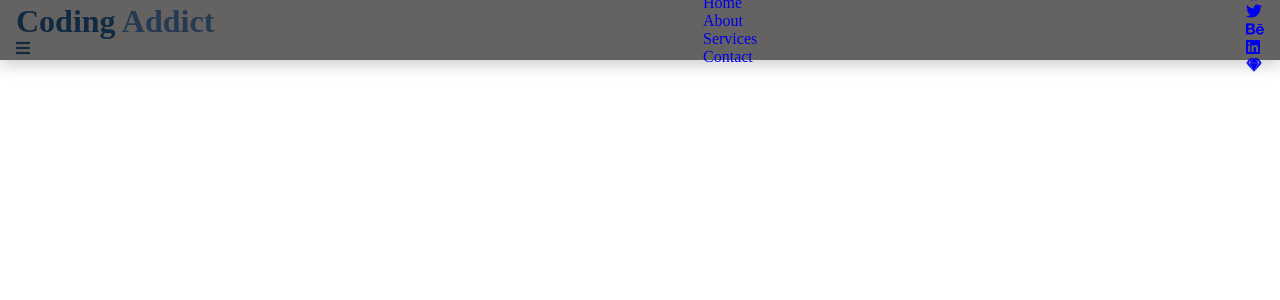
Repository: OmniaRafat232111121/projects-js
Page: modal/index.html
The author's editor kept a copy of each file at every save. The page is drawn from the files as they stood at one save, then again after the next save.
The browser window is 1280 px wide. The pictures show the whole page.
Some web libraries are served in a nearby version.

Above is the page before, as saved 2023-01-01 01:27:05.

After the next save:
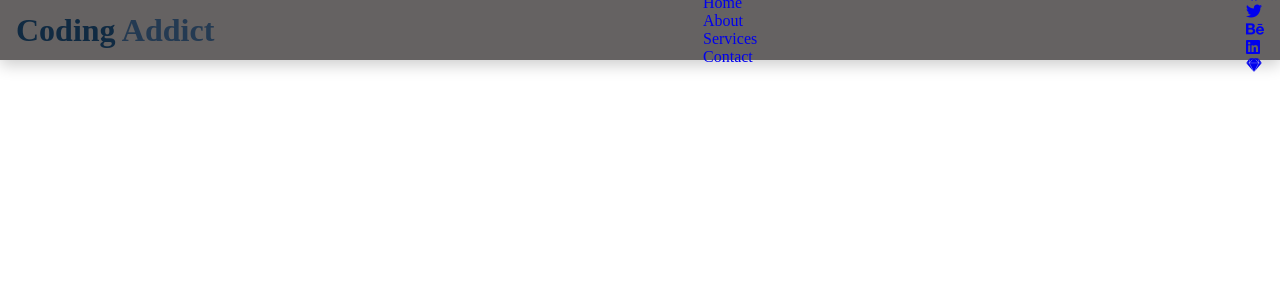
Saved 4 s later.
--- a/modal/style.css
+++ b/modal/style.css
@@ -76,5 +76,5 @@
  color:var(--clr-grey-2);
 }
 .toggle i{
-  disp
+  display: none;
 }

After the save that followed:
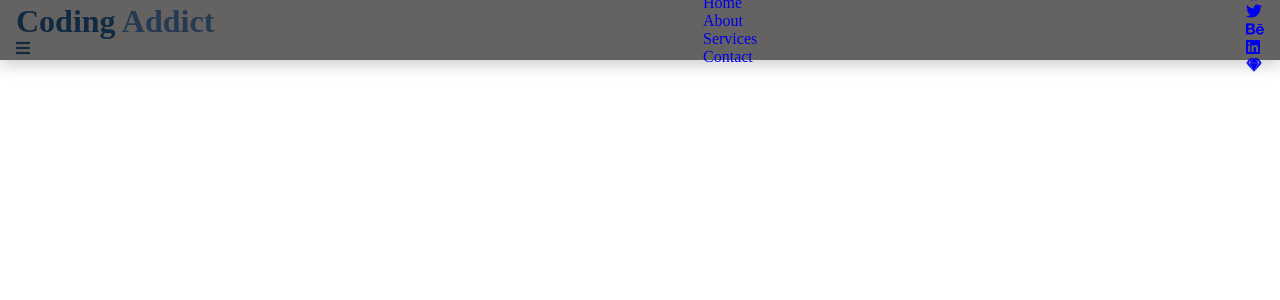
Saved 18 s later.
--- a/modal/style.css
+++ b/modal/style.css
@@ -75,6 +75,7 @@
 header .logo span{
  color:var(--clr-grey-2);
 }
+head
 .toggle i{
   display: none;
 }
